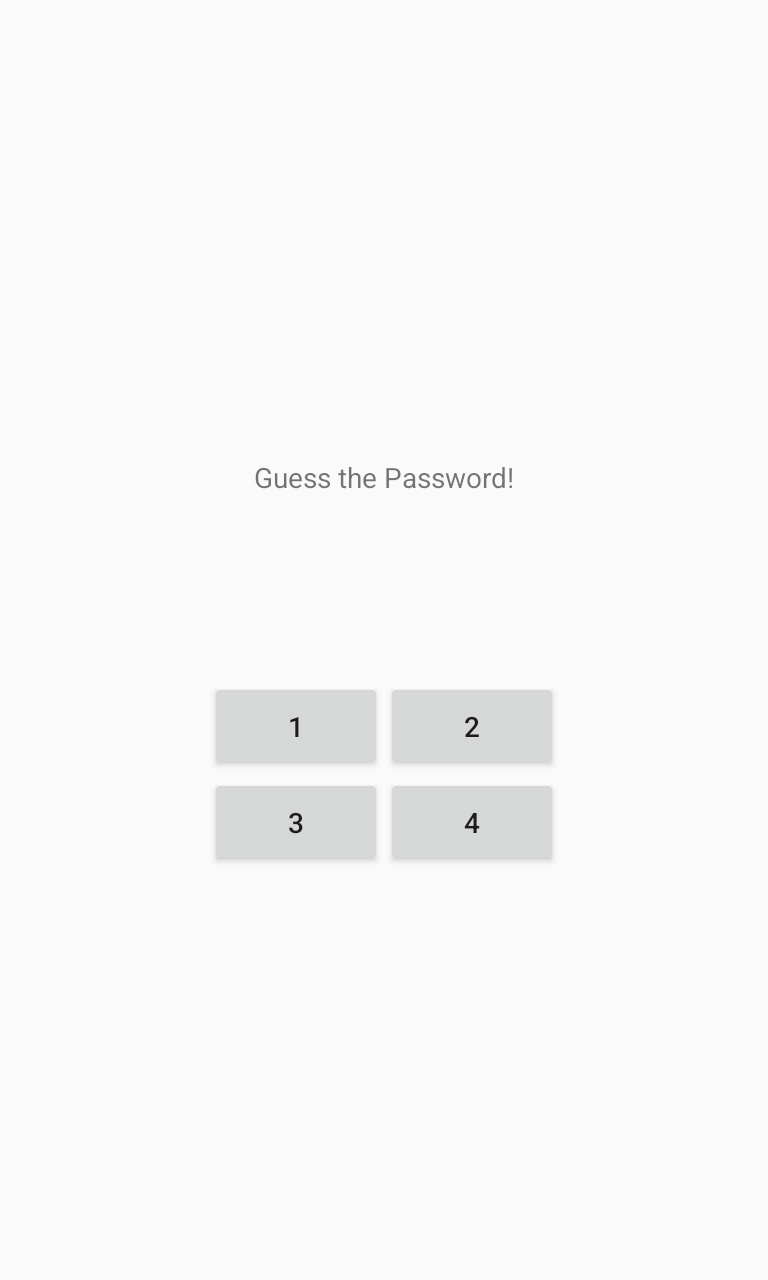
Repository: cryder3/csc303
Layout: Challenge1/res/layout/activity_topsecret.xml
An editor plug-in stored every save of this project. The layout is shown before and after the next save, followed by the edit.
It is drawn on a 768 x 1280 px phone screen (xhdpi) without system bars, with theme AppTheme; the app's code is not run.

Above is the layout before, as saved 2014-09-09 14:38:27.

After the next save:
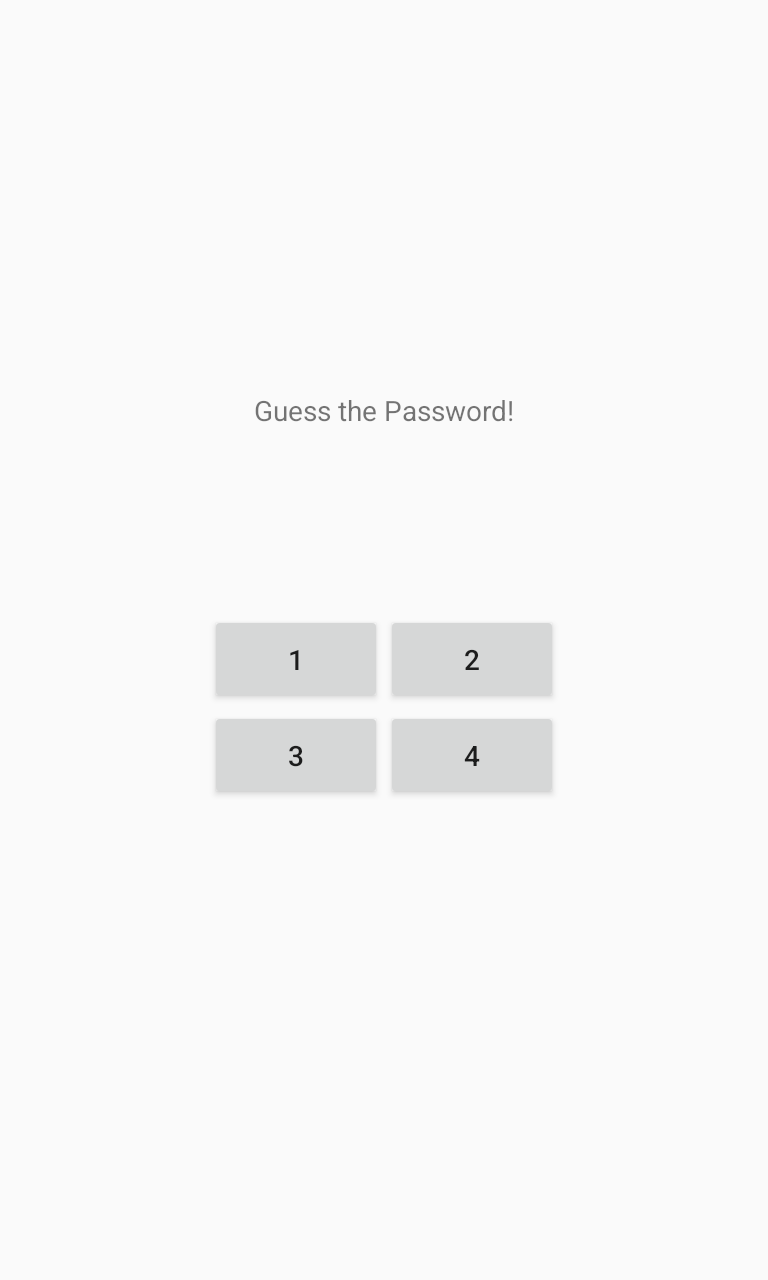
Saved 66 s later.
--- a/Challenge1/res/layout/activity_topsecret.xml
+++ b/Challenge1/res/layout/activity_topsecret.xml
@@ -60,5 +60,12 @@
 
     </LinearLayout>
 
+    <TextView
+        android:id="@+id/answer"
+        android:layout_width="wrap_content"
+        android:layout_height="wrap_content"
+        android:padding="24dp"
+        />
+
 
 </LinearLayout>
